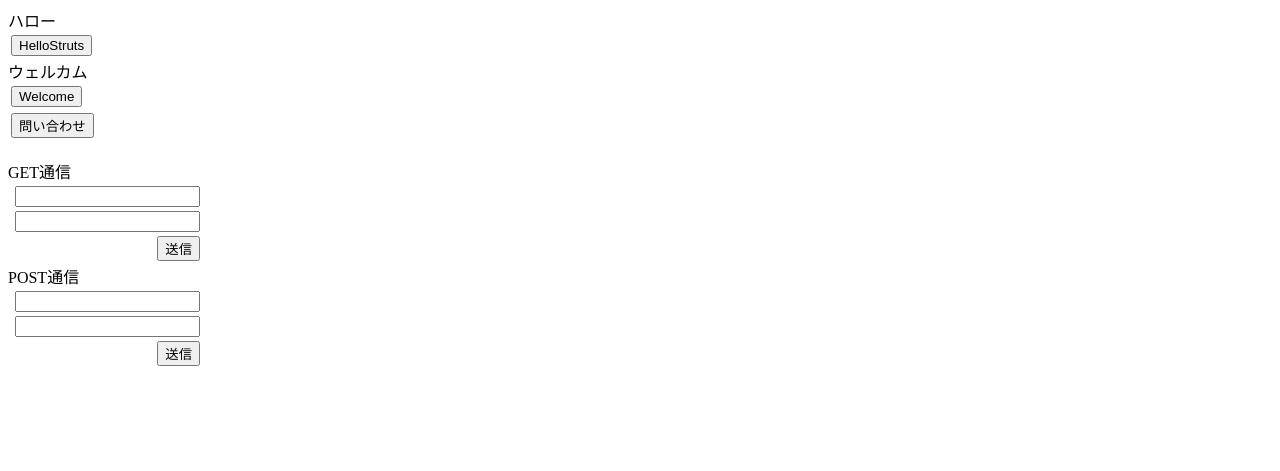
Repository: fujita0830/learning
Page: http://localhost/WebProj/
The author's editor kept a copy of each file at every save. The page is drawn from the files as they stood at one save, then again after the next save.
The browser window is 1280 px wide. The pictures show the whole page.
The page is served by Tomcat 9. Other server files are loaded and not shown.

Above is the page before, as saved 2018-12-21 05:14:30.

### WebProj/WebContent/index.jsp
<%@ page language="java" contentType="text/html; charset=UTF-8"
    pageEncoding="UTF-8"%>
<%@taglib prefix="s" uri="/struts-tags" %>

<!DOCTYPE html PUBLIC "-//W3C//DTD HTML 4.01 Transitional//EN" "http://www.w3.org/TR/html4/loose.dtd">
<html>
<head>
<meta http-equiv="Content-Type" content="text/html; charset=UTF-8">
<title>INDEX</title>
</head>
<body>

ハロー
 <s:form action="HelloStrutsAction">
   <s:submit value="HelloStruts"/>
 </s:form>

ウェルカム
 <s:form action="WelcomeAction">
  <s:submit value="Welcome"/>
  </s:form>

<s:form action="InquiryAction">
 <s:submit value="問い合わせ"/>
</s:form>

<br>
GET通信
<s:form method="get" action="TestAction">
<s:textfield name="username"/>
<s:password name="password"/>
<s:submit value="送信"/>
</s:form>

POST通信
<s:form method="post" action="TestAction">
<s:textfield name="username"/>
<s:password name="password"/>
<s:submit value="送信"/>
</s:form>


</body>
</html>

After the next save:
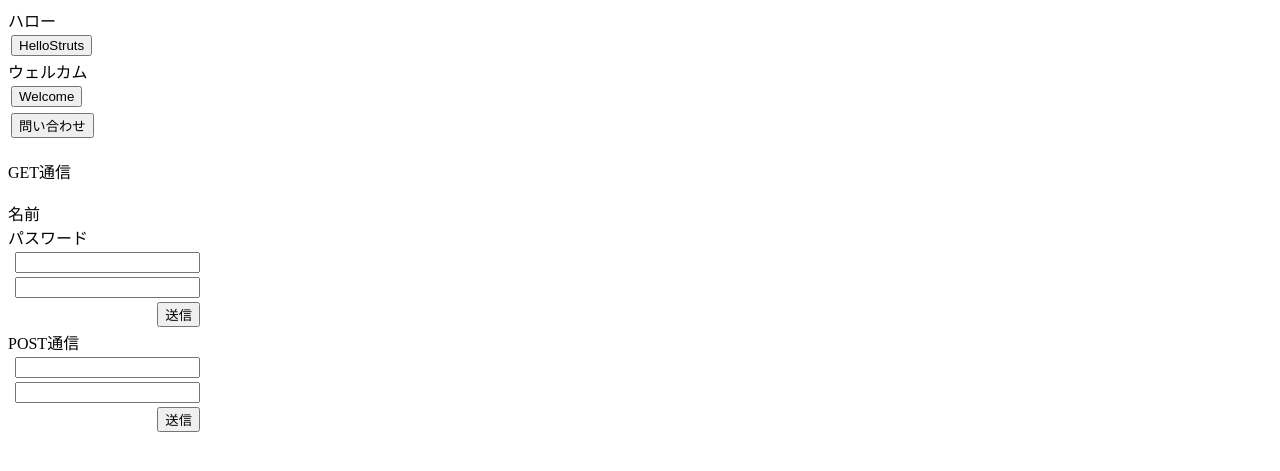
Saved 58 s later.
--- a/WebProj/WebContent/index.jsp
+++ b/WebProj/WebContent/index.jsp
@@ -27,7 +27,9 @@
 <br>
 GET通信
 <s:form method="get" action="TestAction">
+<br>名前
 <s:textfield name="username"/>
+<br>パスワード
 <s:password name="password"/>
 <s:submit value="送信"/>
 </s:form>
